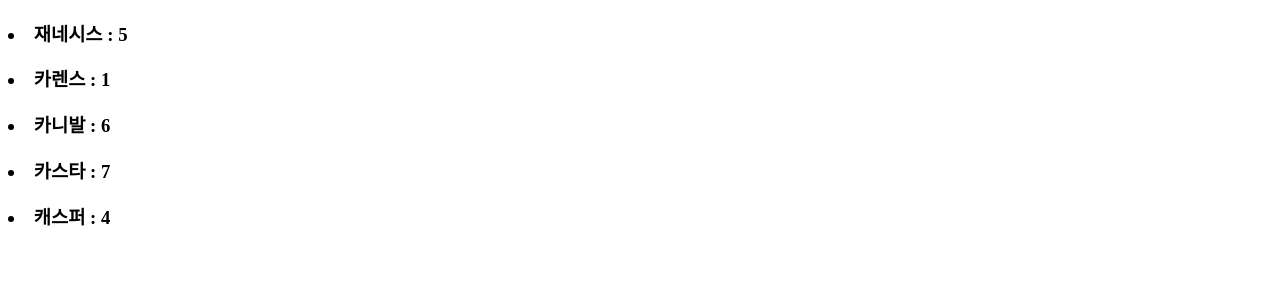
Repository: tjdwlsl/jspstudy
Page: http://localhost/JQuery_Ajax/02_ajax/ex02/ex04.jsp
These files come from the project's save history. The page is drawn as it stood at one moment and after the next save; the edit follows.
The browser window is 1280 px wide. The pictures show the whole page.
The page is served by Tomcat 9.

Above is the page before, as saved 2023-07-20 08:13:39.

After the next save:
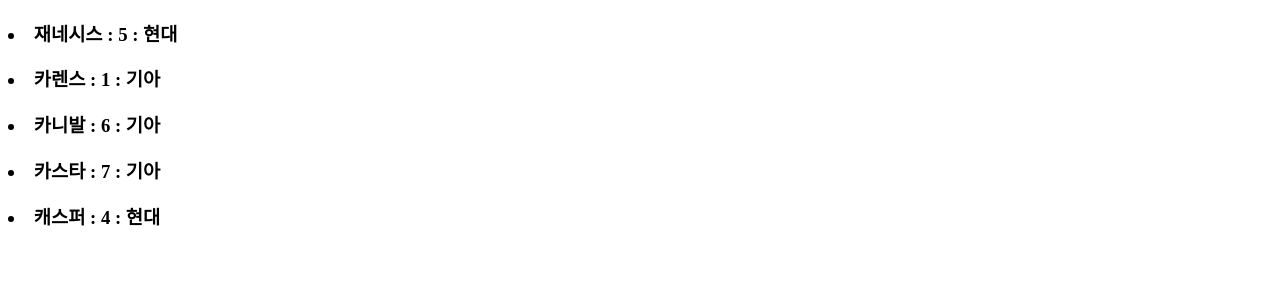
Saved 17 s later.
--- a/JQuery_Ajax/src/main/webapp/02_ajax/ex02/ex04.jsp
+++ b/JQuery_Ajax/src/main/webapp/02_ajax/ex02/ex04.jsp
@@ -29,7 +29,7 @@
 					var qwe = product[i].childNodes[0].nodeValue;
 
 					document.body.innerHTML
-					+= "<h3><li>" +name+ " : " + count + "</li></h3>"
+					+= "<h3><li>" +name+ " : " + count + " : " + qwe + "</li></h3>"
 				}
 			}
 		}
